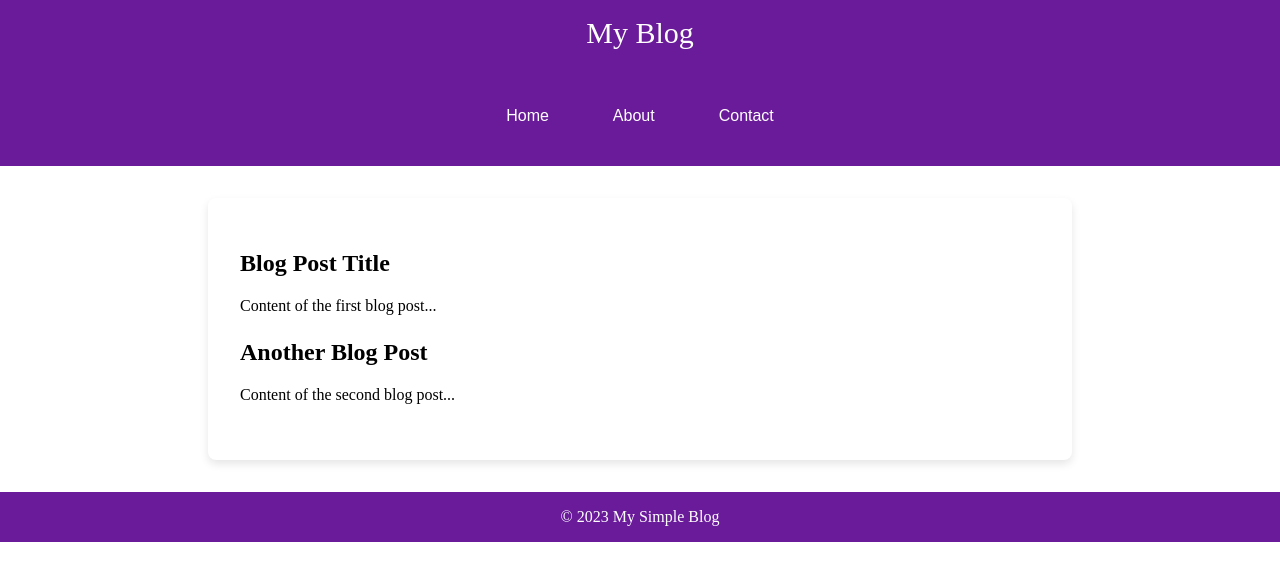
Repository: Femi007-gh/BLOG
Page: index.html
An editor plug-in stored every save of this project. The page is shown before and after the next save, followed by the edit.
The browser window is 1280 px wide. The pictures show the whole page.

Above is the page before, as saved 2025-01-08 09:28:03.

### index.html
<html>
  <head>
    <title>My Blog</title>
    <link rel="stylesheet" href="style.css">
  </head>
  <body>
    <header>My Blog</header>
    <nav>
      <ul>
        <li><a href="#">Home</a></li>
        <li><a href="#">About</a></li>
        <li><a href="#">Contact</a></li>
      </ul>
    </nav>
    <div class="container">
      <div class="blog-post">
        <h2>Blog Post Title</h2>
        <p>Content of the first blog post...</p>
      </div>
      <div class="blog-post">
        <h2>Another Blog Post</h2>
        <p>Content of the second blog post...</p>
      </div>
    </div>
    <footer>
      &copy; 2023 My Simple Blog
    </footer>
  </body>
  </html>

### style.css
body {
  margin: 0;
  font-family: Arial
  background-color: #f5f5f5;
}

header {
  background-color: #6a1b9a;
  color: white;
  text-align: center;
  padding: 1rem;
  font-size: 30px;
}

nav {
  background-color: #6a1b9a;
  height: 100px;
  display: flex;
  flex-direction: column;
  justify-content: center;
  align-items: center;
  color: white;
}

ul {
  list-style: none;
  margin: 0;
  padding: 0;
  display: flex;
  justify-content: center;
}

li {
  margin: 0 1rem;
}

a {
  color: white;
  text-decoration: none;
  font-family: Arial, sans-serif;
  padding: 0.5rem 1rem;
  display: block;
}

a:hover {
  background-color: #4a148c;
  border-radius: 4px;
}

.container {
  margin: 2rem auto;
  max-width: 800px;
  background-color: white;
  border-radius: 8px;
  padding: 2rem;
  box-shadow: 0 4px 8px rgba(0, 0, 0, 0.1);
}

.blog-post {
  margin-bottom: 1.5rem;
}

footer {
  background-color: #6a1b9a;
  color: white;
  text-align: center;
  padding: 1rem 0;
  margin-top: 2rem;
}

After the next save:
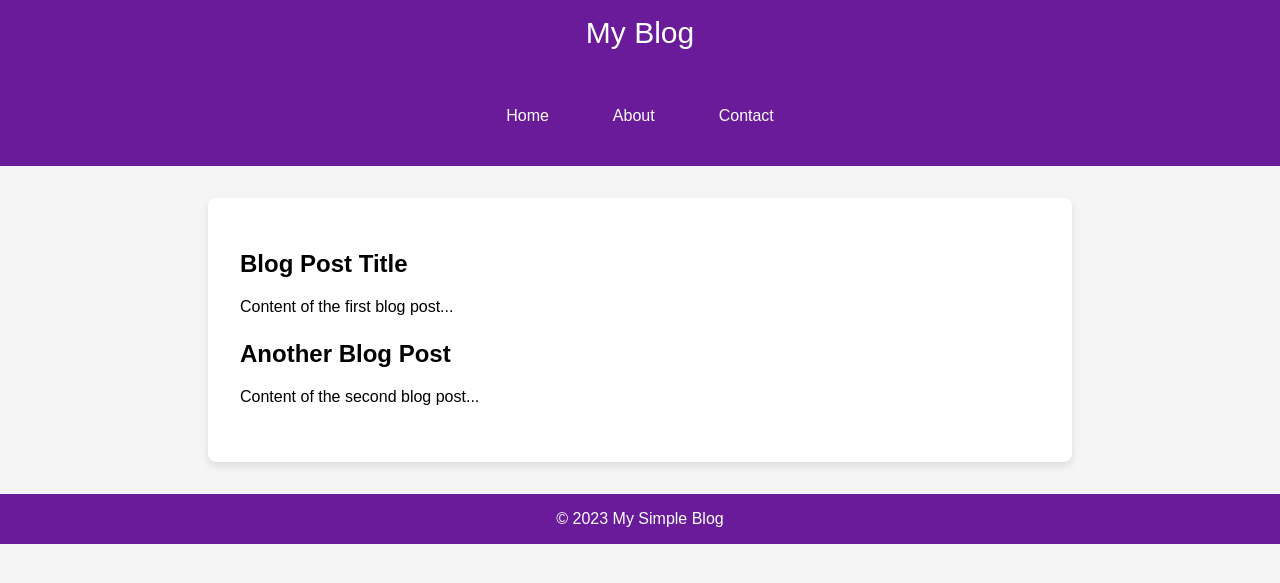
Saved 4 s later.
--- a/style.css
+++ b/style.css
@@ -1,6 +1,6 @@
 body {
   margin: 0;
-  font-family: Arial
+  font-family: Arial;
   background-color: #f5f5f5;
 }
 
